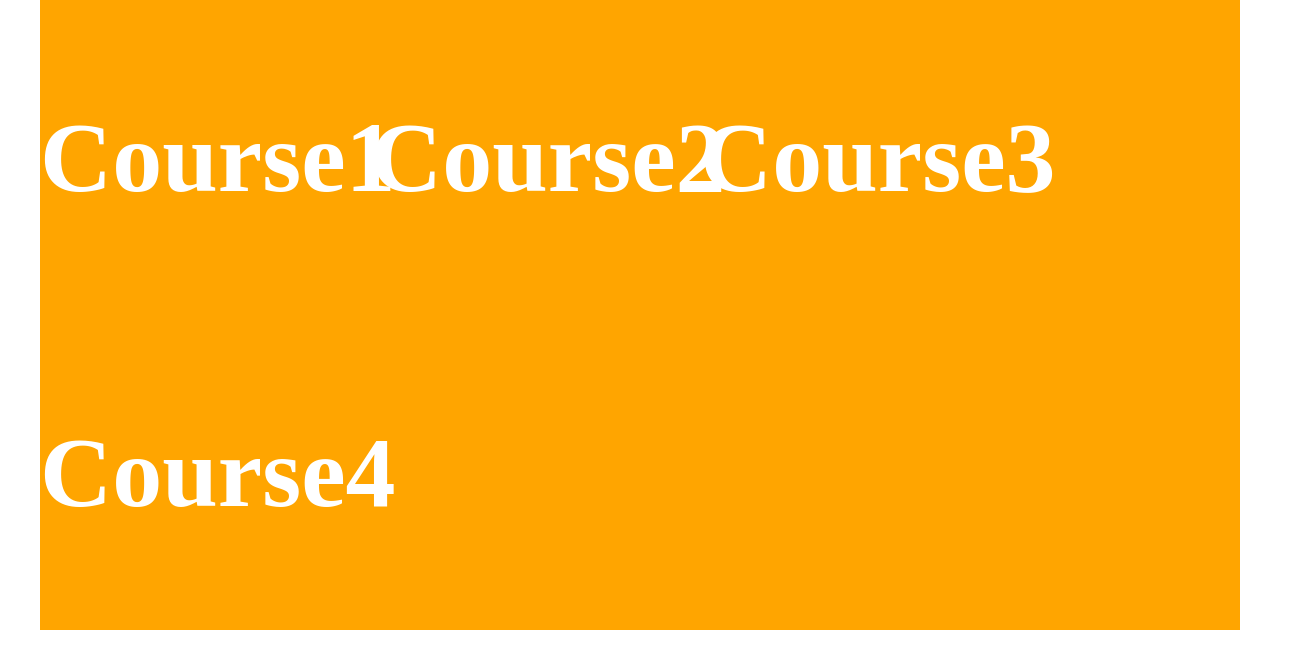
Repository: longtn213/Frond_end_HTML-CSS
Page: Front-End/DemoGrid/index.html
The author's editor kept a copy of each file at every save. The page is drawn from the files as they stood at one save, then again after the next save.
The browser window is 1280 px wide. The page is 1280 px wide, then 1314 px, so the pictures cover 1314 px, including what lies to the right of the window. The pictures show the whole page.

Above is the page before, as saved 2021-09-21 16:02:48.

### Front-End/DemoGrid/index.html
<!DOCTYPE html>
<html lang="en">

<head>
    <meta charset="UTF-8">
    <meta http-equiv="X-UA-Compatible" content="IE=edge">
    <meta name="viewport" content="width=device-width, initial-scale=1.0">
    <title>Document</title>
    <link rel="stylesheet" href="./grid.css">
    <style>
        body {
            margin: 0;
        }

        .container {
            background-color: orange;
            text-align: center;

        }

        h1 {
            padding: 100px 0;
            font-size: 100px;
            color: #fff;
            margin: 0;
        }
    </style>
</head>
<!--
    Column: col
    Prefix class:
            c - moblie
            m - Tablet
            l - PC
 -->
<body>
    <div class="grid wide container">
        <div class="row">
            <div class="col l-3">
                <div class="course-item">
                    <h1>Course1</h1>
                </div>
            </div>
            <div class="col l-3">
                <div class="course-item">
                    <h1>Course2</h1>
                </div>
            </div>
            <div class="col l-3">
                <div class="course-item">
                    <h1>Course3</h1>
                </div>
            </div>
            <div class="col l-3">
                <div class="course-item">
                    <h1>Course4</h1>
                </div>
            </div>
        </div>
    </div>
</body>

</html>

### Front-End/DemoGrid/grid.css
.grid{
    width: 100%;
    /* dùng tính chất block để cho những thẻ ko có tính chất block */
    display: block;
    padding: 0;
}

.grid.wide{
    max-width: 1200px;
    margin: 0 auto;
}

.row{
    display: flex;
    flex-wrap: wrap;
    margin-left: -4px;
    margin-right: -4px;
}

.col{
    padding-left: 4px;
    padding-right: 4px;
}

.c-0{
    /* Ẩn đi 1 cột trên mobile */
    display: none;
}

.c-1{
    flex:0 0 8.33333%;
    max-width: 8.33333%;
}

.c-2{
    flex:0 0 16.66667%;
    max-width: 16.66667%;
}

.c-3{
    flex:0 0 25%;
    max-width: 25%;
}

.c-4{
    flex:0 0 33.33333%;
    max-width: 33.33333%;
}

.c-5{
    flex:0 0 41.66667%;
    max-width: 41.66667%;
}

.c-6{
    flex:0 0 50%;
    max-width: 50%;
}

.c-7{
    flex:0 0 58.33333%;
    max-width: 58.33333%;
}

.c-8{
    flex:0 0 66.66667%;
    max-width: 66.66667%;
}

.c-9{
    flex:0 0 75%;
    max-width: 75%;
}

.c-10{
    flex:0 0 83.33333%;
    max-width: 83.33333%;
}

.c-11{
    flex:0 0 91.66667%;
    max-width: 91.66667%;
}

.c-12{
    flex:0 0 100%;
    max-width: 100%;
}
/* Tablet -PC low resolution */
@media (min-width: 740px) and (max-width: 1023px) {
    .wide{
        width: 644px;
    }
}
/* > Tablet  */
@media (min-width: 740px) {
    .row{
        margin-left: -8px;
        margin-right: -8px;
    }
    .col{
        padding-left: 8px;
        padding-right: 8px;
    }
    .m-0{
        /* Ẩn đi 1 cột trên mobile */
        display: none;
    }
    .m-1,.m-2,.m-3,.m-4,.m-5,.m-6,.m-7,.m-8,.m-9,.m-10,.m-11,.m-12{
        display: block;
    }
    .m-1{
        flex:0 0 8.33333%;
        max-width: 8.33333%;
    }

    .m-2{
        flex:0 0 16.66667%;
        max-width: 16.66667%;
    }

    .m-3{
        flex:0 0 25%;
        max-width: 25%;
    }

    .m-4{
        flex:0 0 33.33333%;
        max-width: 33.33333%;
    }

    .m-5{
        flex:0 0 41.66667%;
        max-width: 41.66667%;
    }

    .m-6{
        flex:0 0 50%;
        max-width: 50%;
    }

    .m-7{
        flex:0 0 58.33333%;
        max-width: 58.33333%;
    }

    .m-8{
        flex:0 0 66.66667%;
        max-width: 66.66667%;
    }

    .m-9{
        flex:0 0 75%;
        max-width: 75%;
    }

    .m-10{
        flex:0 0 83.33333%;
        max-width: 83.33333%;
    }

    .m-11{
        flex:0 0 91.66667%;
        max-width: 91.66667%;
    }

    .m-12{
        flex:0 0 100%;
        max-width: 100%;
    }
}
/* > PC low resolution  */
@media (min-width: 1113px) {
    .row{
        margin-left: -12px;
        margin-right: -12px;
    }
    .col{
        padding-left: 12px;
        padding-right: 12px;
    }
    .l-0 {
        display: none;
    }

    .l-1,
    .l-2,
    .l-2-4,
    .l-3,
    .l-4,
    .l-5,
    .l-6,
    .l-7,
    .l-8,
    .l-9,
    .l-10,
    .l-11,
    .l-12 {
        display: block;
    }

    .l-1 {
        flex: 0 0 8.33333%;
        max-width: 8.33333%;
    }

    .l-2 {
        flex: 0 0 16.66667%;
        max-width: 16.66667%;
    }

    .l-2-4 {
        flex: 0 0 20%;
        max-width: 20%;
    }

    .l-3 {
        flex: 0 0 25%;
        max-width: 25%;
    }

    .l-4 {
        flex: 0 0 33.33333%;
        max-width: 33.33333%;
    }

    .l-5 {
        flex: 0 0 41.66667%;
        max-width: 41.66667%;
    }

    .l-6 {
        flex: 0 0 50%;
        max-width: 50%;
    }

    .l-7 {
        flex: 0 0 58.33333%;
        max-width: 58.33333%;
    }

    .l-8 {
        flex: 0 0 66.66667%;
        max-width: 66.66667%;
    }

    .l-9 {
        flex: 0 0 75%;
        max-width: 75%;
    }

    .l-10 {
        flex: 0 0 83.33333%;
        max-width: 83.33333%;
    }

    .l-11 {
        flex: 0 0 91.66667%;
        max-width: 91.66667%;
    }

    .l-12 {
        flex: 0 0 100%;
        max-width: 100%;
    }
}

/*PC low resolution >*/
@media (min-width: 1024px) and (max-width: 1239px) {
    .wide{
        width: 984px;
    }
    .wide.row{
        margin-left: -12px;
        margin-right: -12px;
    }
}

After the next save:
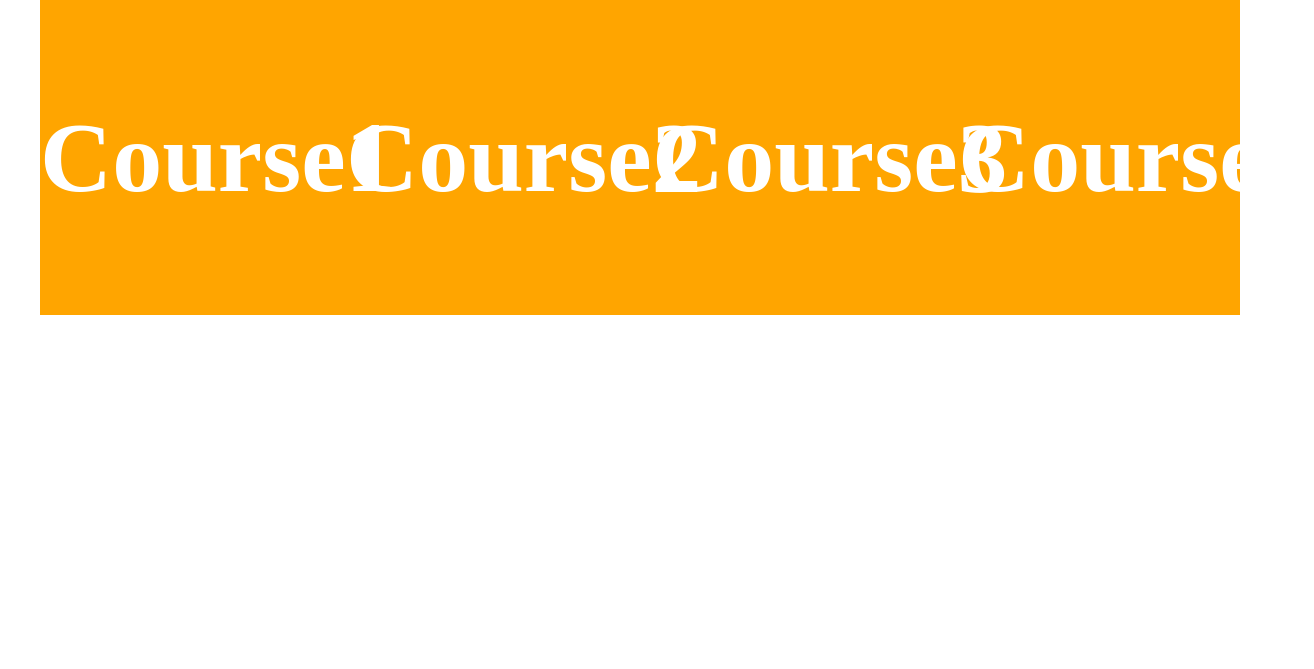
Saved 35 s later.
--- a/Front-End/DemoGrid/index.html
+++ b/Front-End/DemoGrid/index.html
@@ -8,6 +8,9 @@
     <title>Document</title>
     <link rel="stylesheet" href="./grid.css">
     <style>
+        *{
+            box-sizing: border-box;
+        }
         body {
             margin: 0;
         }
@@ -23,6 +26,9 @@
             font-size: 100px;
             color: #fff;
             margin: 0;
+        }
+        .course-item{
+
         }
     </style>
 </head>
